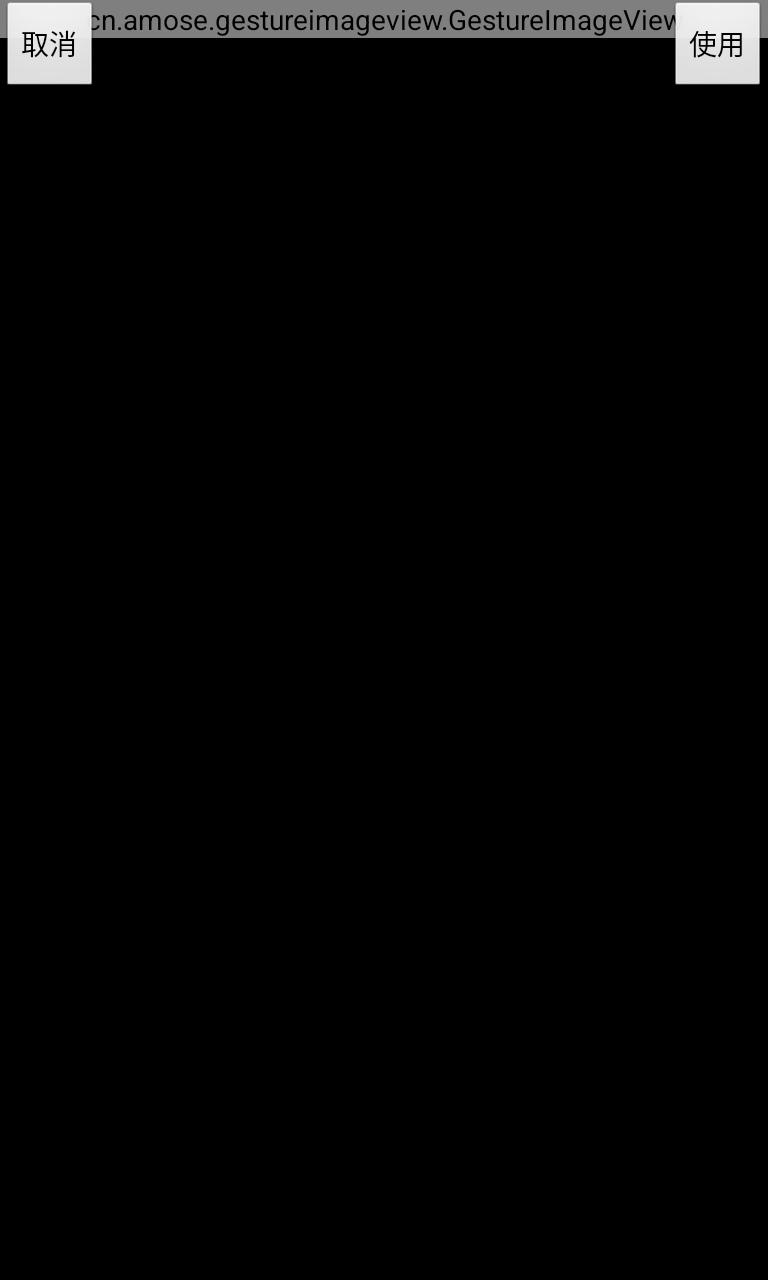
Repository: ligl/YuZhong
Layout: YuZhong/res/layout/image_crop.xml
These files come from the project's save history. The layout is drawn as it stood at one moment and after a run of saves; the edit follows.
Pictures or frames that could not be fetched are drawn as grey boxes. It is drawn on a 768 x 1280 px phone screen (xhdpi) without system bars, with theme android:Theme.Black.NoTitleBar; the app's code is not run.

Above is the layout before, as saved 2012-08-04 19:25:06.

After the next 2 saves:
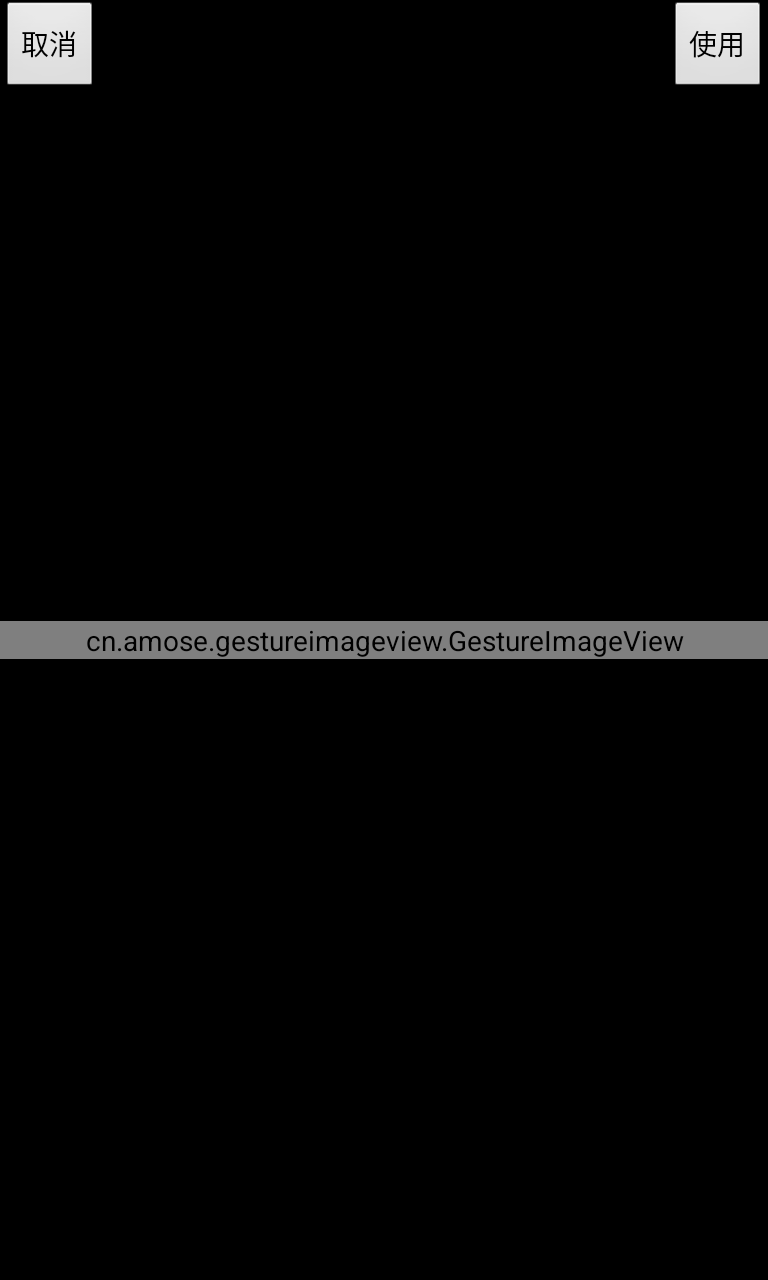
The 2 saves are shown as one change because they came seconds apart.
The last was saved 98 s later.
--- a/YuZhong/res/layout/image_crop.xml
+++ b/YuZhong/res/layout/image_crop.xml
@@ -9,8 +9,11 @@
         android:id="@+id/giv_image_crop_image"
         android:layout_width="fill_parent"
         android:layout_height="wrap_content"
+        android:layout_gravity="center"
         gesture-image:max-scale="10.0"
         gesture-image:min-scale="0.75" />
+
+    <SurfaceView />
 
     <RelativeLayout
         android:layout_width="match_parent"
